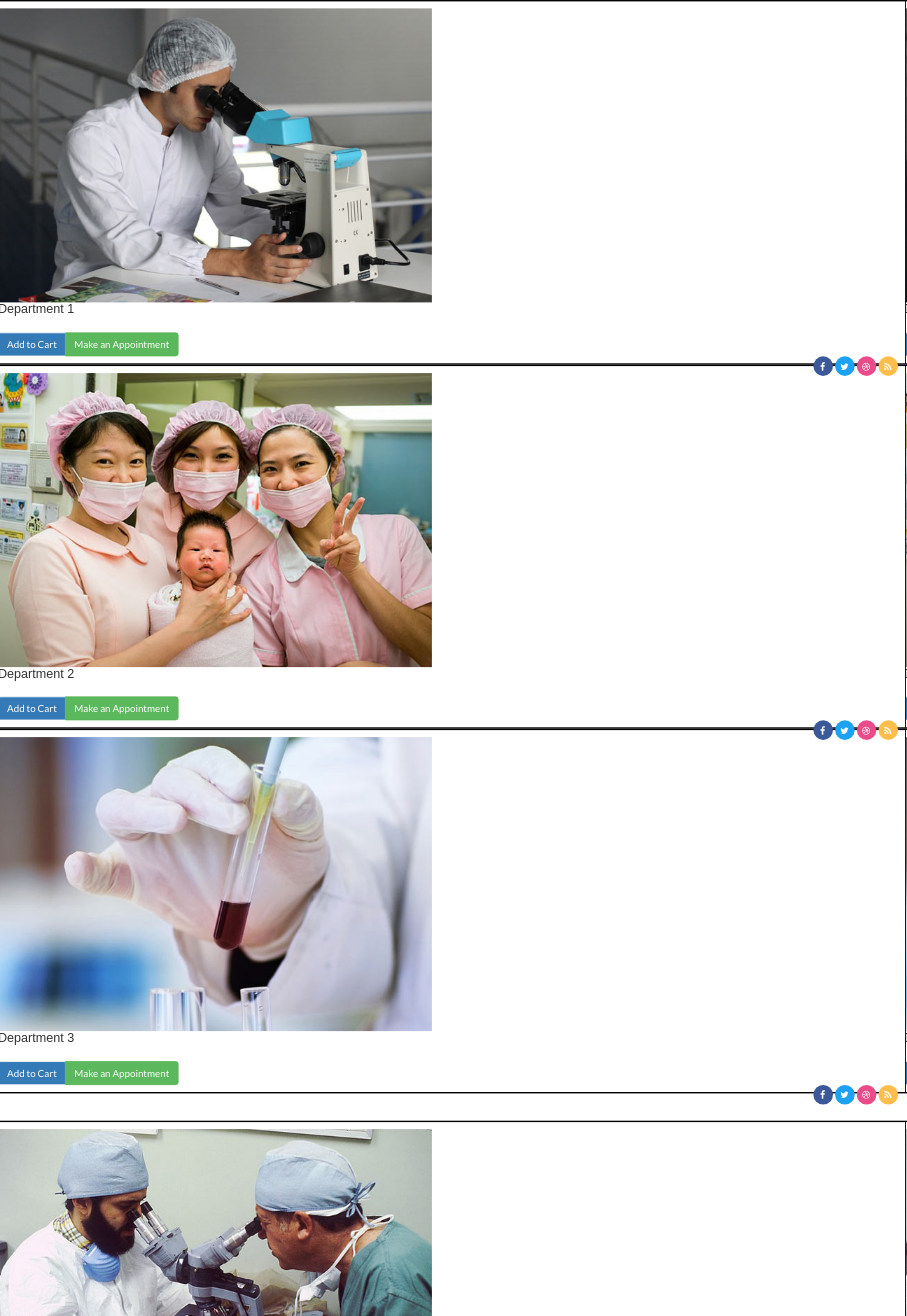
Repository: 72-faisal/work_to_do
Page: http://localhost/Khajina_Doctor/Department-home.jsp
These files come from the project's save history. The page is drawn as it stood at one moment and after the next save; the edit follows.
The browser window is 1280 px wide. The page is 1295 px wide, so the pictures cover 1295 px, including what lies to the right of the window. The pictures show the part of the page from y = 0 to 1880 px (the page is 2660 px tall before and 785 px after), at 70% of full size.
Some web fonts or font styles are not loaded; a fallback is used. The page is served by Tomcat 9.

Above is the page before, as saved 2023-04-15 20:23:59.

After the next save:
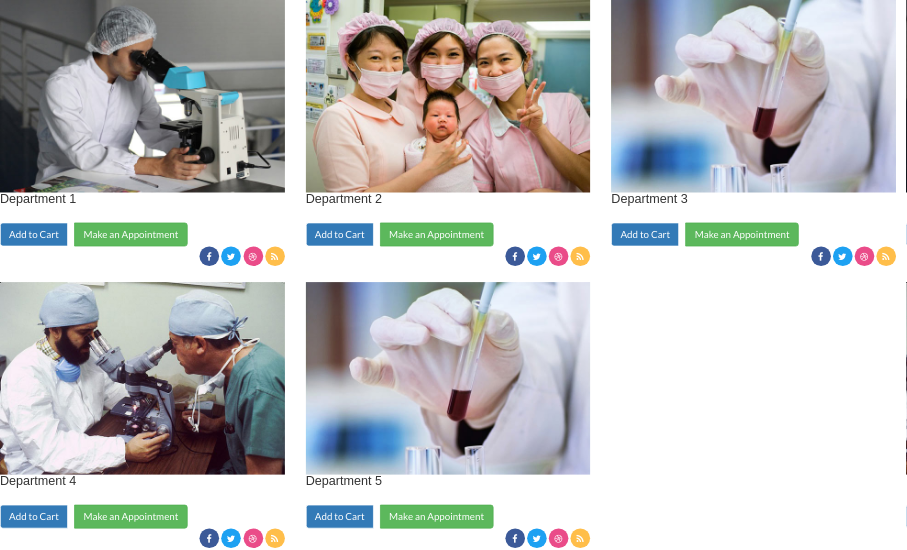
Saved 66 s later.
--- a/Khajina_Doctor/Khajina_Doctor/src/main/webapp/Department-home.jsp
+++ b/Khajina_Doctor/Khajina_Doctor/src/main/webapp/Department-home.jsp
@@ -25,7 +25,7 @@ Smartphone Compatible web template, free web designs for Nokia, Samsung, LG, Son
 <link href="//fonts.googleapis.com/css?family=Raleway:200,200i,300,300i,400,400i,500,500i,600,600i,700,700i,800" rel="stylesheet">
 <link href="//fonts.googleapis.com/css?family=Lato:300,300i,400,400i,700,900" rel="stylesheet">
 <style>
-.col-md-4department {
+.col-md-4 department {
   border: 2px solid black; /* Set the border style to a 1px solid black line */
   padding: 10px; /* Add some padding around the box content to make it easier to read */
 }
@@ -72,7 +72,7 @@ Smartphone Compatible web template, free web designs for Nokia, Samsung, LG, Son
 <body>
 <div class="department-box">
     <div class="row">
-        <div class="col-md-4department">
+        <div class="col-md-4 department">
 
             <img src="images/g1.jpg" alt=" " class="img-responsive" />
             <div class="overlay">
@@ -91,7 +91,7 @@ Smartphone Compatible web template, free web designs for Nokia, Samsung, LG, Son
 						</div>
             </div>
         </div>
-        <div class="col-md-4department">
+        <div class="col-md-4 department">
             <img src="images/g2.jpg" alt=" " class="img-responsive" />
             <div class="overlay">
                 <h4>Department 2</h4><br>
@@ -109,7 +109,7 @@ Smartphone Compatible web template, free web designs for Nokia, Samsung, LG, Son
 						</div>
             </div>
         </div>
-        <div class="col-md-4department">
+        <div class="col-md-4 department">
             <img src="images/g3.jpg" alt=" " class="img-responsive" />
             <div class="overlay">
                 <h4>Department 3</h4><br>
@@ -129,7 +129,7 @@ Smartphone Compatible web template, free web designs for Nokia, Samsung, LG, Son
         </div>
     </div><br>
     <div class="row">
-        <div class="col-md-4department">
+        <div class="col-md-4 department">
             <img src="images/g4.jpg" alt=" " class="img-responsive" />
             <div class="overlay">
                 <h4>Department 4</h4><br>
@@ -147,7 +147,7 @@ Smartphone Compatible web template, free web designs for Nokia, Samsung, LG, Son
 						</div>
             </div>
         </div>
-         <div class="col-md-4department">
+         <div class="col-md-4 department">
             <img src="images/g3.jpg" alt=" " class="img-responsive" />
             <div class="overlay">
                 <h4>Department 5</h4><br>
